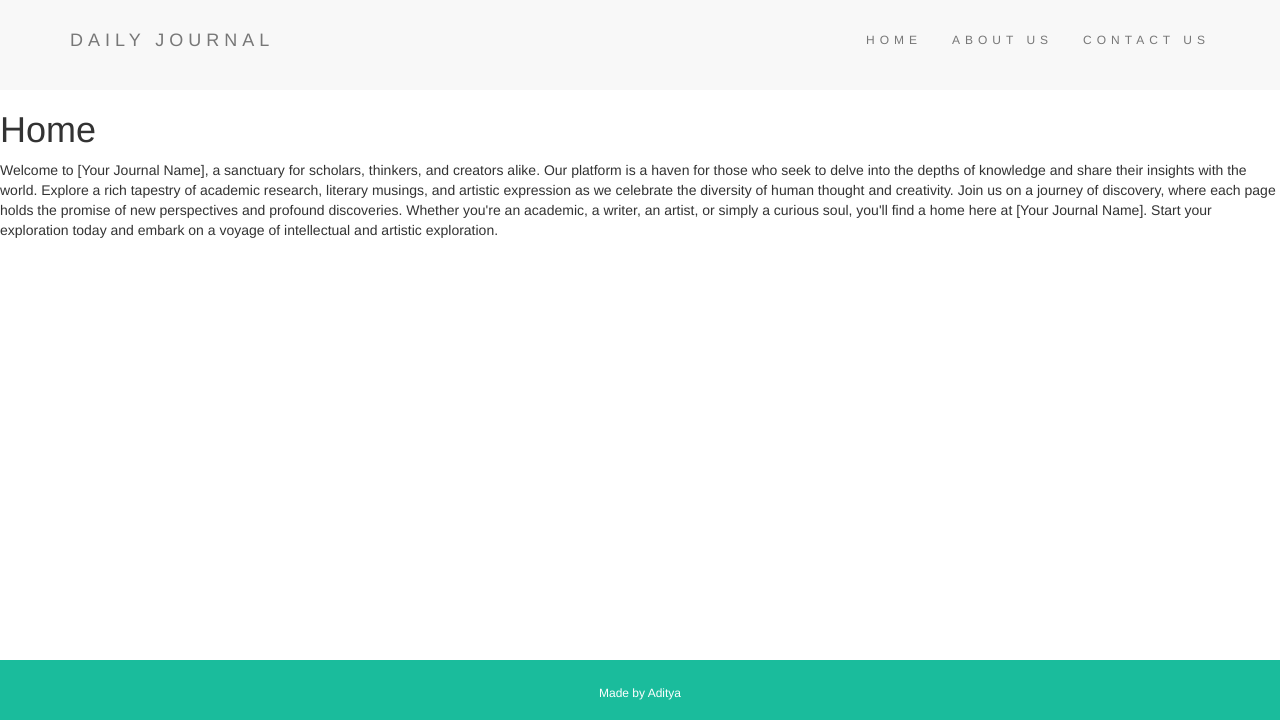
Repository: aditya-jha-kumar/Journal
Page: http://localhost/
These files come from the project's save history. The page is drawn as it stood at one moment and after a run of saves; the edit follows.
The browser window is 1280 px wide. The pictures show the whole page.
The page is served by the project's Node server (app.js).

Above is the page before, as saved 2024-04-13 02:27:00.

### views/home.ejs
<%- include("partials/header") -%>
<h1>Home</h1>
<p><%= startingContent %></p>
<% console.log(posts); %> <% posts.forEach(function(post){ %>
<h1><%= post.title %></h1>
<p>
  <%= post.content.substring(0,100) + "...." %>
  <a href="/posts/<%=post.title%>">Read More</a>
</p>
<% }) %> <%- include("partials/footer") -%>

### views/partials/header.ejs
<!DOCTYPE html>
<html lang="en" dir="ltr">
  <head>
    <meta charset="utf-8" />
    <title>Daily Journal</title>
    <meta charset="utf-8" />
    <link
      rel="stylesheet"
      href="https://maxcdn.bootstrapcdn.com/bootstrap/3.3.7/css/bootstrap.min.css"
    />
    <link rel="stylesheet" href="/css/styles.css" />
    <nav class="navbar navbar-default">
      <div class="container">
        <div class="navbar-header">
          <p class="navbar-brand">DAILY JOURNAL</p>
        </div>
        <ul class="nav navbar-nav navbar-right">
          <!-- 6 -->
          <li id="home"><a href="/">HOME</a></li>
          <li id="about"><a href="/about">ABOUT US</a></li>
          <li id="contact"><a href="/contact">CONTACT US</a></li>
        </ul>
      </div>
    </nav>

    <body>
      <div class="container"></div>
    </body>
  </head>
</html>

### views/partials/footer.ejs

</div>
<div class="footer-padding"></div>
  <div class="footer">
    <p>Made by Aditya</p>
  </div>
</div>
</body>
</html>

### app.js
//jshint esversion:6
const express = require("express");
const bodyParser = require("body-parser");
const ejs = require("ejs");
const _ = require("lodash");

const homeStartingContent =
  "Welcome to [Your Journal Name], a sanctuary for scholars, thinkers, and creators alike. Our platform is a haven for those who seek to delve into the depths of knowledge and share their insights with the world. Explore a rich tapestry of academic research, literary musings, and artistic expression as we celebrate the diversity of human thought and creativity. Join us on a journey of discovery, where each page holds the promise of new perspectives and profound discoveries. Whether you're an academic, a writer, an artist, or simply a curious soul, you'll find a home here at [Your Journal Name]. Start your exploration today and embark on a voyage of intellectual and artistic exploration.";
const aboutContent =
  "Hac habitasse platea dictumst vestibulum rhoncus est pellentesque. Dictumst vestibulum rhoncus est pellentesque elit ullamcorper. Non diam phasellus vestibulum lorem sed. Platea dictumst quisque sagittis purus sit. Egestas sed sed risus pretium quam vulputate dignissim suspendisse. Mauris in aliquam sem fringilla. Semper risus in hendrerit gravida rutrum quisque non tellus orci. Amet massa vitae tortor condimentum lacinia quis vel eros. Enim ut tellus elementum sagittis vitae. Mauris ultrices eros in cursus turpis massa tincidunt dui.";
const contactContent =
  "Scelerisque eleifend donec pretium vulputate sapien. Rhoncus urna neque viverra justo nec ultrices. Arcu dui vivamus arcu felis bibendum. Consectetur adipiscing elit duis tristique. Risus viverra adipiscing at in tellus integer feugiat. Sapien nec sagittis aliquam malesuada bibendum arcu vitae. Consequat interdum varius sit amet mattis. Iaculis nunc sed augue lacus. Interdum posuere lorem ipsum dolor sit amet consectetur adipiscing elit. Pulvinar elementum integer enim neque. Ultrices gravida dictum fusce ut placerat orci nulla. Mauris in aliquam sem fringilla ut morbi tincidunt. Tortor posuere ac ut consequat semper viverra nam libero.";

const app = express();

let posts = [];

app.use(bodyParser.urlencoded({ extended: true }));

app.set("view engine", "ejs");

app.use(express.static(__dirname + "/public"));

app.get("/", function (req, res) {
  res.render("home", { startingContent: homeStartingContent, posts: posts });
});
app.get("/about", function (req, res) {
  res.render("about", { aboutContent: aboutContent });
});
app.get("/contact", function (req, res) {
  res.render("contact", { contactContent: contactContent });
});
app.get("/compose", function (req, res) {
  res.render("compose");
});
app.post("/compose", function (req, res) {
  const post = {
    title: req.body.postTitle,
    content: req.body.postBody,
  };
  posts.push(post);
  res.redirect("/");
});
app.get("/posts/:postName", function (req, res) {
  const requestedTitle = _.lowerCase(req.params.postName);
  posts.forEach(function (post) {
    const storedTitle = _.lowerCase(post.title);
    if (storedTitle === requestedTitle) {
      res.render("post", {
        title: post.title,
        content: post.content
      });
    }
  });
});

app.listen(3000, function () {
  console.log("Server is running on port 3000");
});

Loaded but not shown: public/css/styles.css (common file)

After the next 5 saves:
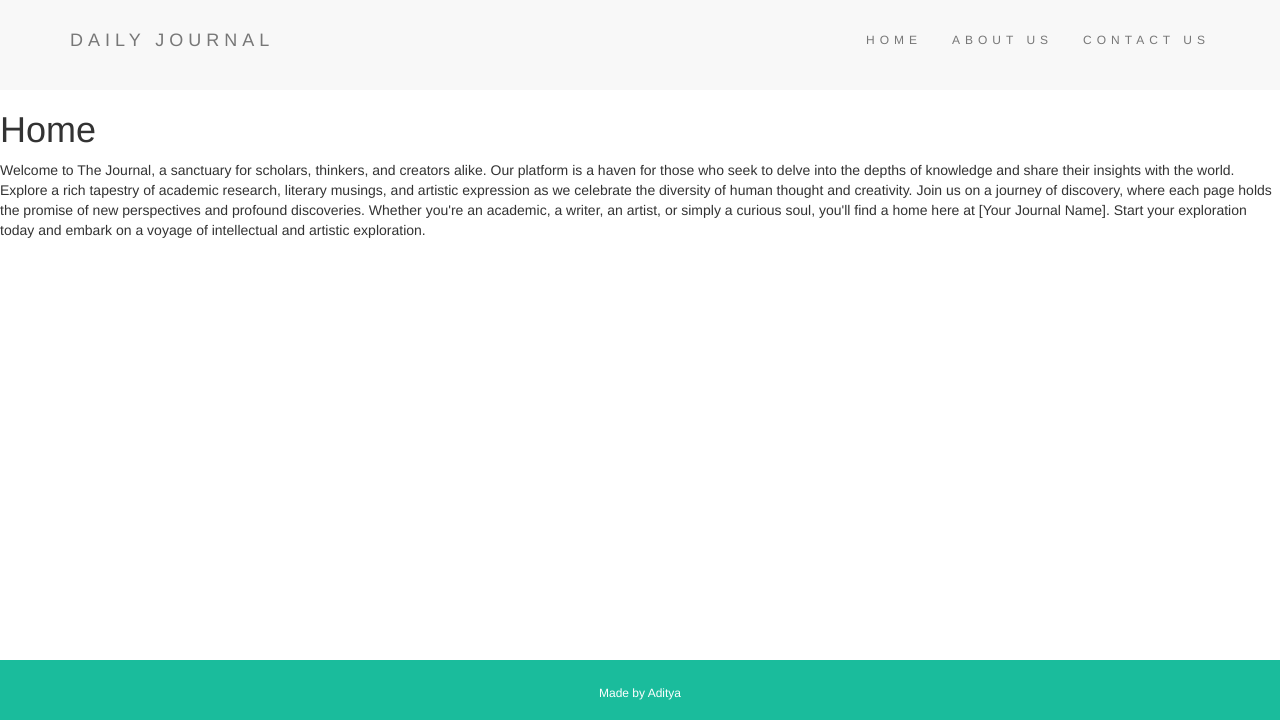
The 5 saves are shown as one change because they came seconds apart.
The last was saved 11 s later.
--- a/app.js
+++ b/app.js
@@ -5,7 +5,7 @@ const ejs = require("ejs");
 const _ = require("lodash");
 
 const homeStartingContent =
-  "Welcome to [Your Journal Name], a sanctuary for scholars, thinkers, and creators alike. Our platform is a haven for those who seek to delve into the depths of knowledge and share their insights with the world. Explore a rich tapestry of academic research, literary musings, and artistic expression as we celebrate the diversity of human thought and creativity. Join us on a journey of discovery, where each page holds the promise of new perspectives and profound discoveries. Whether you're an academic, a writer, an artist, or simply a curious soul, you'll find a home here at [Your Journal Name]. Start your exploration today and embark on a voyage of intellectual and artistic exploration.";
+  "Welcome to The Journal, a sanctuary for scholars, thinkers, and creators alike. Our platform is a haven for those who seek to delve into the depths of knowledge and share their insights with the world. Explore a rich tapestry of academic research, literary musings, and artistic expression as we celebrate the diversity of human thought and creativity. Join us on a journey of discovery, where each page holds the promise of new perspectives and profound discoveries. Whether you're an academic, a writer, an artist, or simply a curious soul, you'll find a home here at [Your Journal Name]. Start your exploration today and embark on a voyage of intellectual and artistic exploration.";
 const aboutContent =
   "Hac habitasse platea dictumst vestibulum rhoncus est pellentesque. Dictumst vestibulum rhoncus est pellentesque elit ullamcorper. Non diam phasellus vestibulum lorem sed. Platea dictumst quisque sagittis purus sit. Egestas sed sed risus pretium quam vulputate dignissim suspendisse. Mauris in aliquam sem fringilla. Semper risus in hendrerit gravida rutrum quisque non tellus orci. Amet massa vitae tortor condimentum lacinia quis vel eros. Enim ut tellus elementum sagittis vitae. Mauris ultrices eros in cursus turpis massa tincidunt dui.";
 const contactContent =
